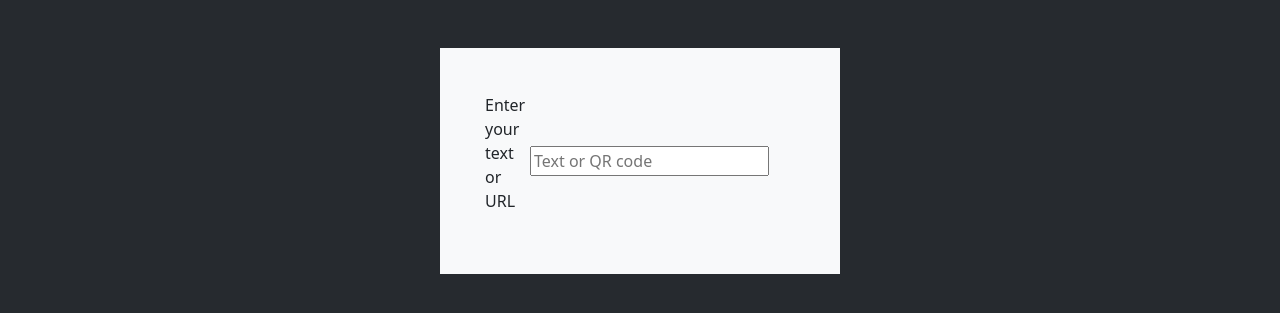
Repository: zeinawady/Qr-Code-Generator-App
Page: index.html
An editor plug-in stored every save of this project. The page is shown before and after a run of saves, followed by the edit.
The browser window is 1280 px wide. The pictures show the whole page.

Above is the page before, as saved 2024-10-30 00:26:56.

### index.html
<!DOCTYPE html>
<html lang="en">
<head>
    <meta charset="UTF-8">
    <meta name="viewport" content="width=device-width, initial-scale=1.0">
    <title>Qr code generator</title>
    <link rel="stylesheet" href="css/bootstrap.min.css.map">
    <link rel="stylesheet" href="css/bootstrap.min.css">
    <link rel="stylesheet" href="css/style.css">
</head>
<body>
   <div class="container d-flex justify-content-center align-items-center bg-light mt-5">
<p>Enter your text or URL</p>
<input type="text" placeholder="Text or QR code">
<button class="btn"></button>
   </div>


    <script src="js/bootstrap.bundle.min.js"></script>
    <script src="js/bootstrap.bundle.min.js.map"></script>
<script src="js/script.js"></script>
</body>
</html>

### css/style.css
body{
    background-color:#262a2f ;
}
.container{
    max-width: 400px;
   padding: 45px;
}

Loaded but not shown: css/bootstrap.min.css (library); js/bootstrap.bundle.min.js (library); js/script.js (no copy from this time; the picture is the same without it)

After the next 3 saves:
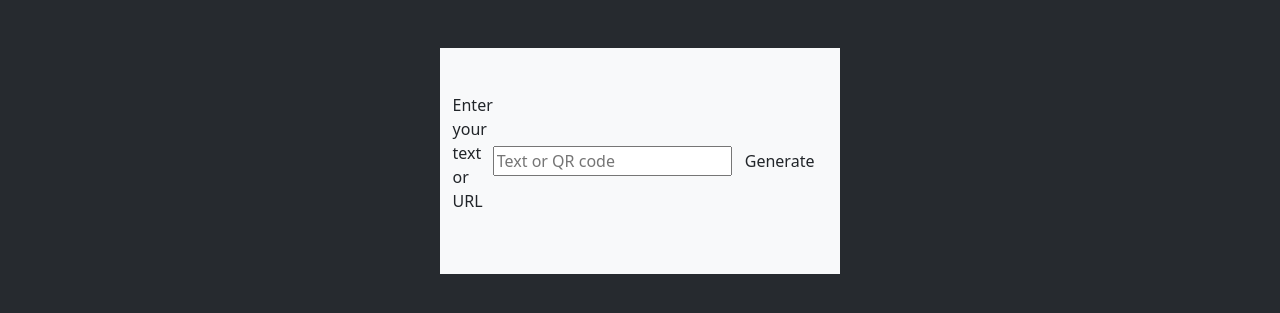
The 3 saves are shown as one change because they came seconds apart.
The last was saved 11 s later.
--- a/index.html
+++ b/index.html
@@ -12,7 +12,7 @@
    <div class="container d-flex justify-content-center align-items-center bg-light mt-5">
 <p>Enter your text or URL</p>
 <input type="text" placeholder="Text or QR code">
-<button class="btn"></button>
+<button class="btn">Generate</button>
    </div>
 
 
